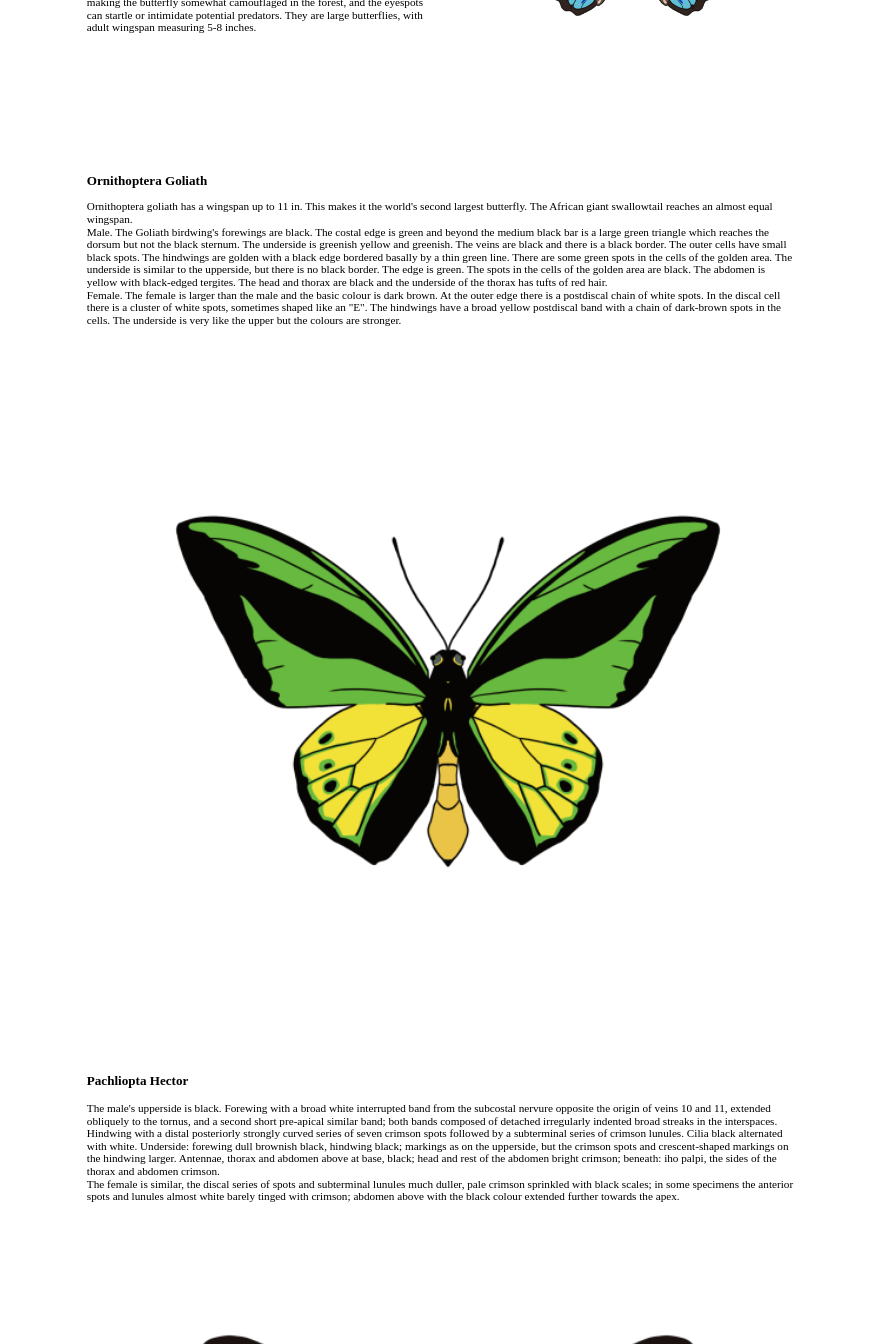
Repository: MeowCeline00/assessment-2
Page: /
These files come from the project's save history. The page is drawn as it stood at one moment and after the next save; the edit follows.
The browser window is 1280 px wide. The pictures show the part of the page from y = 2212 to 4132 px (the page is 7596 px tall before and 6834 px after), at 70% of full size.
The project was rebuilt for these pictures with package versions that can differ from the ones it lists, and the page was loaded fresh each time. The framework's server and built-in components were replaced by stand-ins that run in the browser. Also part of the build but not shown: next.config.mjs.

Above is the page before, as saved 2024-02-07 23:35:02.

### pages/index.js
import Head from "next/head";
import { useState } from "react";
import styles from "@/styles/Home.module.css";
import Header from "@/Components/Header";
import Footer from "@/Components/Footer";
import Contents from "@/Components/Contents";


export default function Home() {

  // Butterfly Patterns
  const classFilters = {
    //key : value
    1: 'Agrias Aedon Hewitson',
    2: 'Danaus Plexippus',
    4: 'Morpho Peleides',
    8: 'Ornithoptera Goliath',
    16: 'Pachliopta Hector',
    32: 'Parides Agavus',
    64: 'Trogonoptera Trojana'
  }

  const [input, setInput] = useState();
                                    // 3
                                    // 2 & 2 Remainder 1
                                    // 1 & 1 Remainder 0
                                    // 9
                                    // 8 & 8 Remainder 1
                                    // 1 & 1 Remainder 0
  const getClassStyle = flagValue => (input & flagValue) > 0 ? {backgroundColor: 'yellow'} : null;

  return (
    <>
      <Head>
        <title>General View of Butterfly Wing Patterns</title>
        <meta name="description" content="General View of Butterfly Wing Patterns" />
        <meta name="viewport" content="width=device-width, initial-scale=1" />
        <link rel="icon" href="/butt_favicon.ico" />
      </Head>
      <Header />
      <main className={`${styles.main}`}>
       <input
       id="input"
       type="text"
       placeholder='Bitmask Decimal'
       value={input}
       onChange={event => setInput(event.target.value)}
       />
       <table>
        <tbody>
          {
            Object.keys(classFilters).map(item => (
              <tr key={item} style={getClassStyle(item)}>
                <td>{item}</td>
                <td>{classFilters[item]}</td>
              </tr>
            ))
          }
        </tbody>
       </table>
       <Contents />
      </main>
      <Footer />
    </>
  );
}

### styles/globals.css
:root {
    --h1: rgb(15, 64, 162);
    --h2: rgb(203, 165, 27);
    --header-background: #d1d1d1;

}

### styles/Home.module.css
.main {
  display: flex;
  flex-direction: column;
  justify-content: space-between;
  align-items: center;
  padding: 6rem;
  min-height: 20vh;
}

### Components/Header/index.js
import Image from 'next/image';
import styles from './Header.module.css';

export default function Header() {
    return (
        <header className={styles.header}>
            <div className={styles.titleArea}>
                <h1> Colorful Butterflies</h1>
                <h2> A General Peek at Butterfly Wing Patterns</h2>
            </div>
            <div className={styles.logoArea}>
                <img src={"/logo.png"} alt="Butterfly Logo" width={350} />
            </div>
        </header>
    );
}

### Components/Footer/index.js
import styles from './Footer.module.css'


export default function Footer() {

    return(
        <footer className={styles.footer}>
            © Created by Congling
        </footer>
    )
}

### Components/Contents/index.js
import Image from 'next/image';
import styles from './Contents.module.css';

export default function Contents() {
    return (
        <contents className={styles.contents}>
            <div className={styles.projectDescription}>
            <h1>About</h1>
            <p>This project is my personal project, trying to explore different patterns for the wings of butterflies.
                On this occasion, I tried to draw several variety of Butterflies as referred to the original breed, including
               Agrias Aedon Hewitson, Danaus Plexippus, Morpho Peleides, Ornithoptera Goliath, Pachliopta Hector, Parides Agavus,
               and Trogonoptera Trojana.
            </p>
            </div>
            <div className={styles.butterflyPatterns}>
              <div className={styles.butterflyPattern}>
                <div className={styles.butterflyDes}>
                <h3>Agrias Aedon Hewitson</h3>
                <p>The species of the genus Agrias have, variously, very bright red, orange,
                    iridescent blue and yellow colouration contrasting on the black or bluish background of their upperside wing.
                    The underside wings are patterned. They have a robust appearance - broad thorax and short wide abdomen, allowing fast flight.
                    The wingspan is 70 to 120 mm. Males of all Agrias species have prominent yellow tufts of androconial scales on the hindwings.
                    These disperse pheromones for attracting suitable mates.</p>
                </div>
                <div className={styles.butterflyPic}>
                <img src={"/agrias_aedon_hewitson.png"} alt="Agrias Aedon Hewitson" width={200} />
                </div>
                </div>
                <div className={styles.butterflyPattern}>
                <div className={styles.butterflyDes}>
                <h3>Danaus Plexippus</h3>
                <p>Monarch butterflies are well-known for their appearance.
                Adult monarch butterflies possess two pairs of brilliant orange-red wings,
                featuring black veins and white spots along the edges. The males possess distinguishing
                black dots along the veins of their wings. Their orange color alerts predators to stay away.
                <br />
                As caterpillars, Monarchs are striped with yellow, black and white bands.
                Monarch caterpillars have a set of antennae-like tentacles at each end of their body.
                They reach about two inches in length before metamorphosis. The monarch chrysalis,
                where the caterpillar undergoes metamorphosis into the winged adult butterfly,
                is seafoam green with tiny yellow spots along its edge.</p>
                </div>
                <div className={styles.butterflyPic}>
                <img src={"/Danaus_plexippus.png"} alt="Danaus Plexippus" width={200} />
                </div>
                </div>
                <div className={styles.butterflyPattern}>
                <div className={styles.butterflyDes}>
                <h3>Morpho Peleides</h3>
                <p>Morpho peleides is recognized by the iridescent blue coloration on the top side of the wings.
                    Conversely, the undersides of the wings are brown and have a cryptic coloration and pattern.
                    Large eyespots are present on the bottom side of the forewings and hindwings.
                    The number of forewing eyespots on each individual may vary.
                    This coloration serves as protection from predators by making the butterfly somewhat camouflaged in the forest,
                    and the eyespots can startle or intimidate potential predators.
                    They are large butterflies, with adult wingspan measuring 5-8 inches.</p>
                </div>
                <div className={styles.butterflyPic}>
                <img src={"/morpho_peleides.png"} alt="Morpho Peleides" width={200} />
                </div>
                </div>
                <div className={styles.buttfly4}>
                <div className={styles.butterflyDes}>
                <h3>Ornithoptera Goliath</h3>
                <p>Ornithoptera goliath has a wingspan up to 11 in. This makes it the world's second largest butterfly.
                    The African giant swallowtail reaches an almost equal wingspan.
                    <br />
                    Male. The Goliath birdwing's forewings are black. The costal edge is green and beyond the medium black bar
                    is a large green triangle which reaches the dorsum but not the black sternum. The underside is greenish yellow and greenish.
                    The veins are black and there is a black border. The outer cells have small black spots.
                    The hindwings are golden with a black edge bordered basally by a thin green line.
                    There are some green spots in the cells of the golden area. The underside is similar to the upperside,
                    but there is no black border. The edge is green. The spots in the cells of the golden area are black.
                    The abdomen is yellow with black-edged tergites. The head and thorax are black and the underside of the
                    thorax has tufts of red hair.
                    <br />
                    Female. The female is larger than the male and the basic colour is dark brown.
                    At the outer edge there is a postdiscal chain of white spots. In the discal cell there is a cluster of white spots,
                    sometimes shaped like an "E". The hindwings have a broad yellow postdiscal band with a chain of dark-brown spots in the cells.
                    The underside is very like the upper but the colours are stronger.</p>
                    </div>
                    <div className={styles.butterflyPic}>
                <img src={"/ornithoptera_goliath.png"} alt="Ornithoptera Goliath" width={200} />
                </div>
                </div>
                <div className={styles.buttfly5}>
                <div className={styles.butterflyDes}>
                <h3>Pachliopta Hector</h3>
                <p>The male's upperside is black. Forewing with a broad white interrupted band from the subcostal nervure
                    opposite the origin of veins 10 and 11, extended obliquely to the tornus, and a second short pre-apical similar band;
                    both bands composed of detached irregularly indented broad streaks in the interspaces.
                    Hindwing with a distal posteriorly strongly curved series of seven crimson spots followed by a subterminal series of
                    crimson lunules. Cilia black alternated with white. Underside: forewing dull brownish black, hindwing black;
                    markings as on the upperside, but the crimson spots and crescent-shaped markings on the hindwing larger.
                    Antennae, thorax and abdomen above at base, black; head and rest of the abdomen bright crimson; beneath:
                    iho palpi, the sides of the thorax and abdomen crimson.
                    <br />
                    The female is similar, the discal series of spots and subterminal lunules much duller,
                    pale crimson sprinkled with black scales; in some specimens the anterior spots and lunules almost white barely
                    tinged with crimson; abdomen above with the black colour extended further towards the apex.
                    </p>
                    </div>
                    <div className={styles.butterflyPic}>
                <img src={"/pachliopta_hector.png"} alt="Pachliopta Hector" width={200} />
                </div>
                </div>
                <div className={styles.buttfly6}>
                <div className={styles.butterflyDes}>
                <h3>Parides Agavus</h3>
                <p>The Parides agavus, also known as the Agavus Swallowtail, is a visually striking butterfly that belongs
                    to the Papilionidae family. Its wingspan can range from 3 to 4 inches, showcasing a bold contrast of colors and patterns.
                    The primary coloration of its wings is a deep, glossy black, which serves as a dramatic backdrop for the vibrant
                    red or pink bands that adorn the edges of its hindwings. These vivid markings are complemented by smaller,
                    iridescent blue or green spots that add a touch of shimmer and complexity to its appearance.
                    The butterfly's body is slender and predominantly black, with legs that may have hints of red.
                    Its distinctive tail-like extensions on the hindwings, characteristic of swallowtail butterflies,
                    enhance its elegant silhouette, making the Parides agavus a remarkable specimen in the butterfly world.</p>
                </div>
                <div className={styles.butterflyPic}>
                <img src={"/parides_agavus.png"} alt="Parides Agavus" width={200} />
                </div>
                </div>
                <div className={styles.buttfly7}>
                <div className={styles.butterflyDes}>
                <h3>Trogonoptera Trojana</h3>
                <p>
                    The Trogonoptera trojana, known as the Rajah Brooke's Birdwing, is an exquisite and large butterfly,
                    hailing from the Birdwing genus that captivates with its sheer size and stunning coloration.
                    Typically, the wingspan of this magnificent creature can stretch up to about 7 inches,
                    making it one of the larger species within the butterfly realm. The male of the species boasts a velvety black color
                    on the upper side of its wings, dramatically offset by an electric green or turquoise hue that forms broad,
                    iridescent bands across the forewings and a series of smaller, similarly colored streaks on the hindwings.
                    This contrast is not only striking but serves as a natural spectacle in the wild. The female, while larger,
                    tends to have a more subdued color palette, with wings that are predominantly brown or black,
                    accented with white or cream-colored spots. The Trogonoptera trojana's body is slender,
                    with the thorax and abdomen often matching the dark hue of the wings, creating a cohesive and sleek appearance.
                    The elegant, yet powerful flight of this butterfly, coupled with its vivid coloration,
                    makes it a breathtaking sight in its natural rainforest habitats</p>
                    </div>
                    <div className={styles.butterflyPic}>
                <img src={"/trogonoptera_trojana.png"} alt="Trogonoptera Trojana" width={200} />
                </div>
                </div>
            </div>
        </contents>
    );
}

### Components/Header/Header.module.css
.header {
    display: flex;
    justify-content: space-between;
    align-items: center;
    padding: 20px;
    background-color: var(--header-background);
}

.titleArea {
    display: flex;
    flex-direction: column;
    padding-left: 20%;
}

.titleArea h1 {
    color: var(--h1);
    font-size: xx-large;
    font-family: Impact, Haettenschweiler, 'Arial Narrow Bold', sans-serif;
}

.titleArea h2 {
    color: var(--h2);
    font-family: 'Franklin Gothic Medium', 'Arial Narrow', Arial, sans-serif;
}

.logoArea {
  display: flex;
  padding-right: 20%;
}

### Components/Footer/Footer.module.css
.footer{
    text-align: center;
    font-weight: bold;
    font-family: Georgia, 'Times New Roman', Times, serif;
    font-size: larger;
    background-color: var(--header-background);
    color: var(--h1);
}

### Components/Contents/Contents.module.css
.contents {
    display: flex;
    flex-direction: column;
    margin: 20px;
}

.projectDescription {
    margin-bottom: 20px;
}

.butterflyPatterns {
    display: flex;
    flex-direction: column;
}

.butterflyPattern {
    display: flex;
    justify-content: space-between;
    align-items: center;
    margin-bottom: 20px;
}

.butterflyDes {
    flex: 1; /* Assigns 50% of the space to the description */
    padding-right: 20px; /* Adds some space between the text and the image */
}

.butterflyPic {
    flex: 1; /* Assigns 50% of the space to the picture */
    display: flex;
    justify-content: flex-start; /* Aligns the image to the start of the flex item */
}

.butterflyPic img {
    width: 100%; /* Full width of the flex item */
    height: auto; /* Keeps the aspect ratio of the image */
}

Loaded but not shown: pages/_app.js (common file); pages/_document.js (common file); pages/api/hello.js (common file)

After the next save:
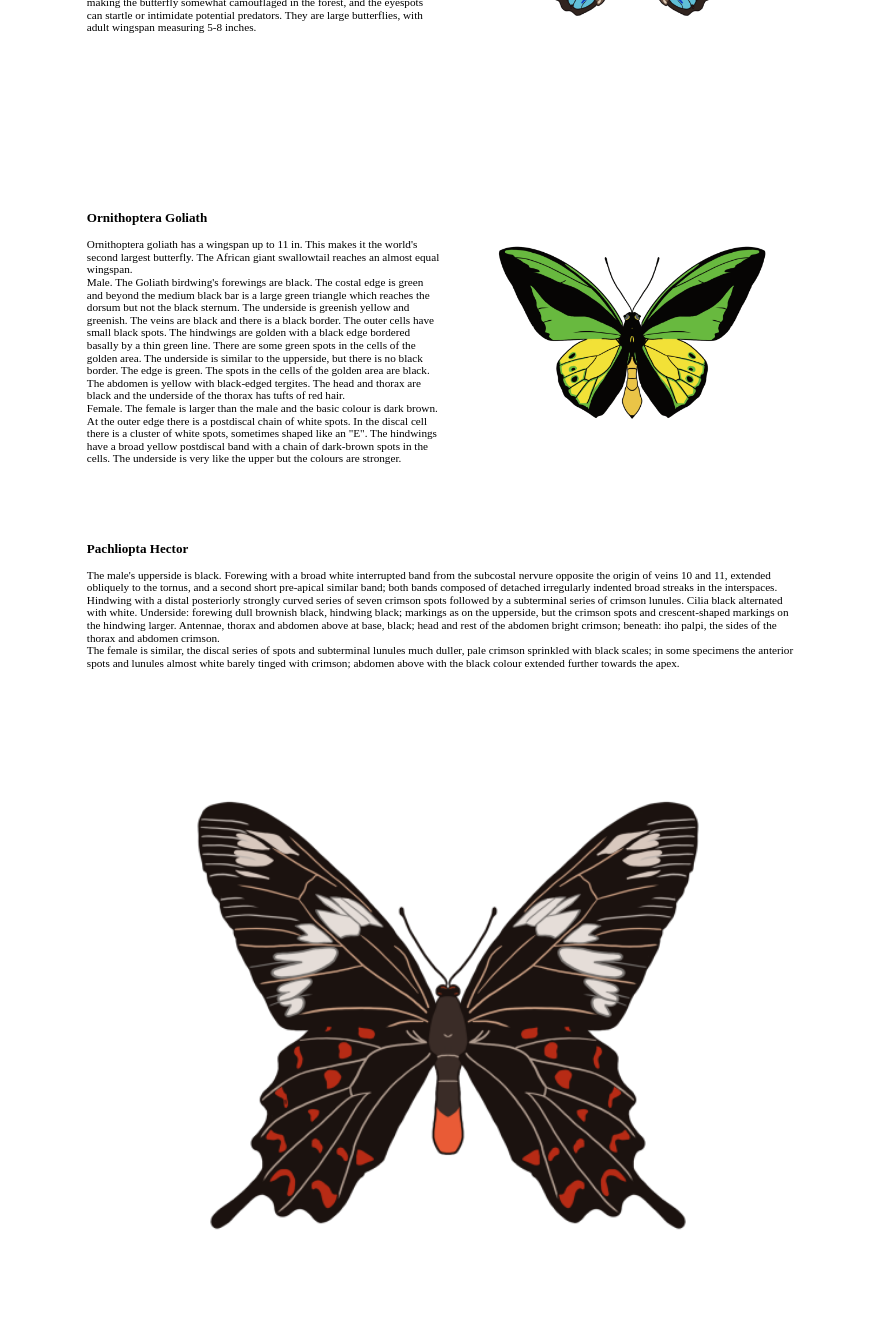
Saved 6 s later.
--- a/Components/Contents/index.js
+++ b/Components/Contents/index.js
@@ -59,7 +59,7 @@ export default function Contents() {
                 <img src={"/morpho_peleides.png"} alt="Morpho Peleides" width={200} />
                 </div>
                 </div>
-                <div className={styles.buttfly4}>
+                <div className={styles.butterflyPattern}>
                 <div className={styles.butterflyDes}>
                 <h3>Ornithoptera Goliath</h3>
                 <p>Ornithoptera goliath has a wingspan up to 11 in. This makes it the world's second largest butterfly.
